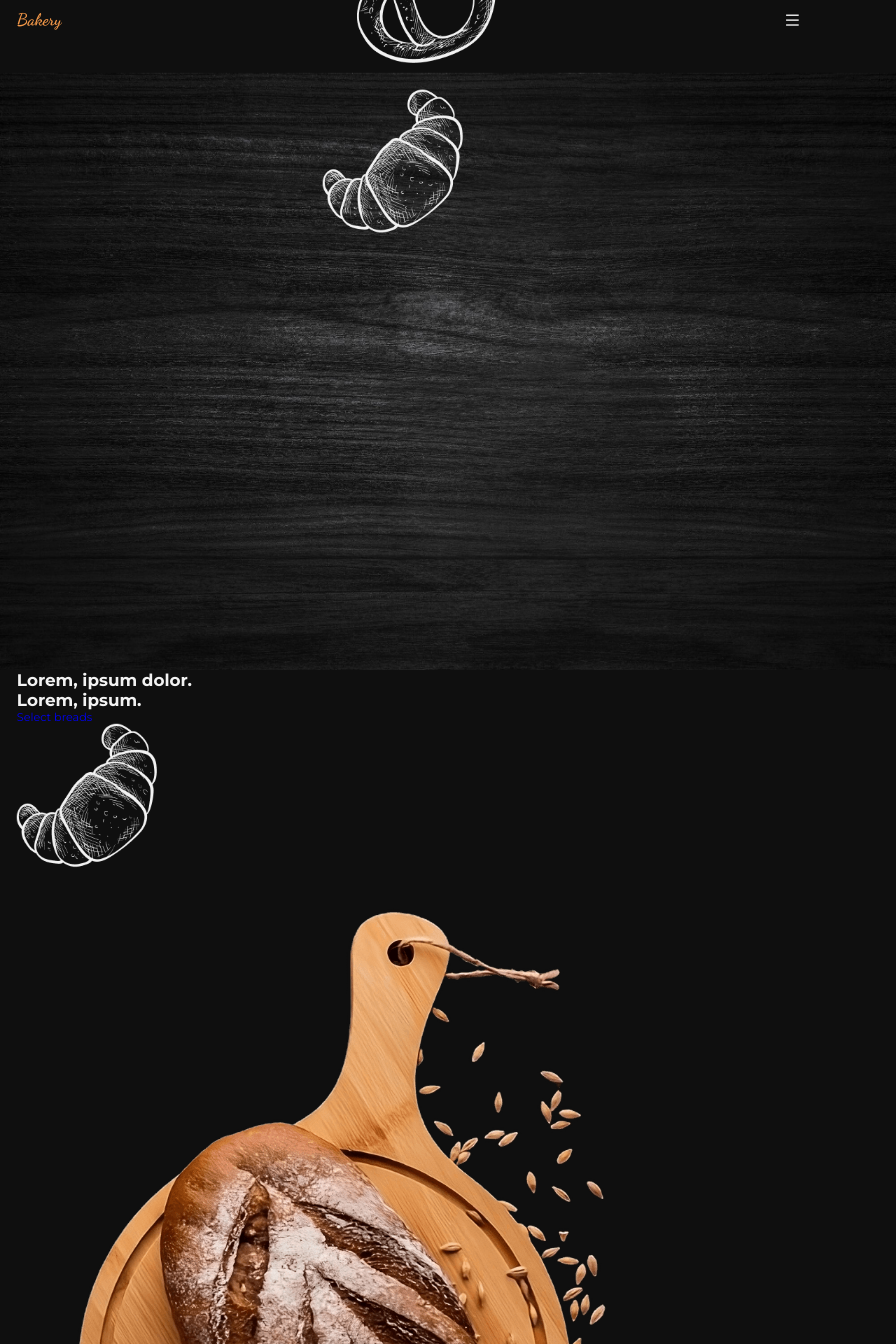
Repository: dinhhaidh/Bakery-web
Page: index.html
An editor plug-in stored every save of this project. The page is shown before and after the next save, followed by the edit.
The browser window is 1280 px wide. The pictures show the part of the page from y = 0 to 1920 px (the page is 2886 px tall before and 2033 px after), at 70% of full size.
Some web libraries are served in a nearby version.

Above is the page before, as saved 2024-01-15 21:15:42.

After the next save:
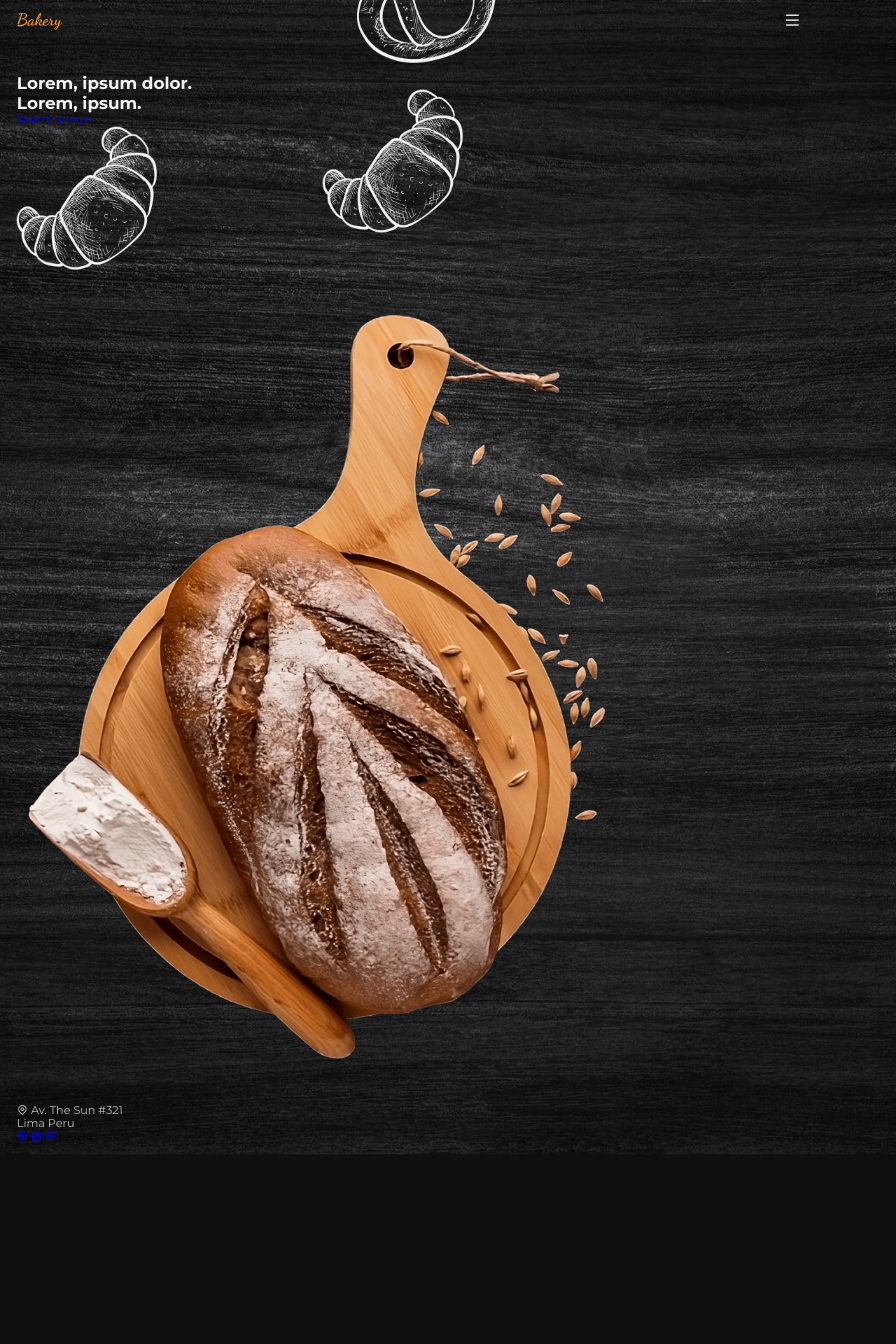
Saved 6 min 7 s later.
--- a/css/style.css
+++ b/css/style.css
@@ -227,7 +227,7 @@ img {
 .home__container{
     row-gap: 2rem;
 }
-.home-bg,
+.home__bg,
 .home__shadow{
     position: absolute;
     top: 0;
